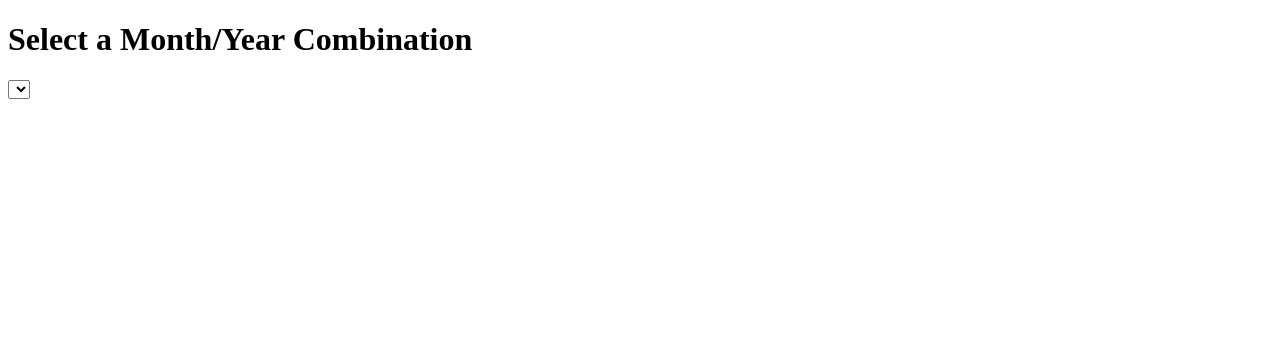
Repository: polarbearmaster/mysql_php_apache
Page: http://localhost/showcalendar.php
The author's editor kept a copy of each file at every save. The page is drawn from the files as they stood at one save, then again after the next save.
The browser window is 1280 px wide. The pictures show the whole page.
The page is run by PHP 8.4 with error messages shown; the project is at /var/www/html/.

Above is the page before, as saved 2016-08-26 01:37:11.

After the next save:
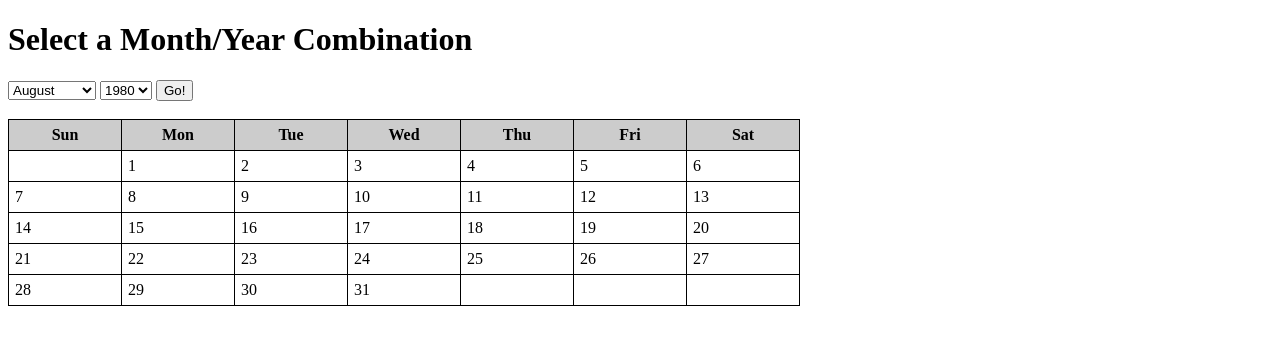
Saved 10 min 54 s later.
--- a/ch24/showcalendar.php
+++ b/ch24/showcalendar.php
@@ -42,9 +42,54 @@ $firstDayArray = getdate($start);
 		<?php
 			$months = Array("January", "February", "March", "April", "May",  "June",
 			    "July", "August", "September", "October", "November", "December");
-
+			for ($x=1;$x <= count($months);$x++) {
+			    echo "<option value=\"$x\"";
+			    if ($x == $month) {
+			        echo " selected";
+			    }
+			    echo ">".$months[$x-1]."</option>";
+			}
 		 ?>
 	</select>
+
+	<select name="year">
+		<?php
+			for ($x=1980;$x <= 2010;$x++) {
+			    echo "<option";
+			    if ($x == $month) {
+			        echo " selected";
+			    }
+			    echo ">$x</option>";
+			}
+		 ?>
+	</select>
+	<button type="submit" name="submit" value="submit">Go!</button>
 </form>
+<br />
+<?php
+$days = Array("Sun", "Mon", "Tue", "Wed", "Thu", "Fri", "Sat");
+echo "<table><tr>\n";
+foreach ($days as $day) {
+    echo "<th>".$day."</th>\n";
+}
+for ($count = 0;$count < (6*7); $count++) {
+    $dayArray = getdate($start);
+    if ($count % 7 == 0) {
+        if ($dayArray['mon'] != $month) {
+            break;
+        } else {
+            echo "</tr><tr>\n";
+        }
+    }
+
+    if ($count < $firstDayArray['wday'] || $dayArray['mon'] != $month) {
+        echo "<td>&nbsp;</td>\n";
+    } else {
+        echo "<td>".$dayArray['mday']."</td>\n";
+        $start += ADAY;
+    }
+}
+echo "</tr></table>";
+?>
 </body>
 </html>
